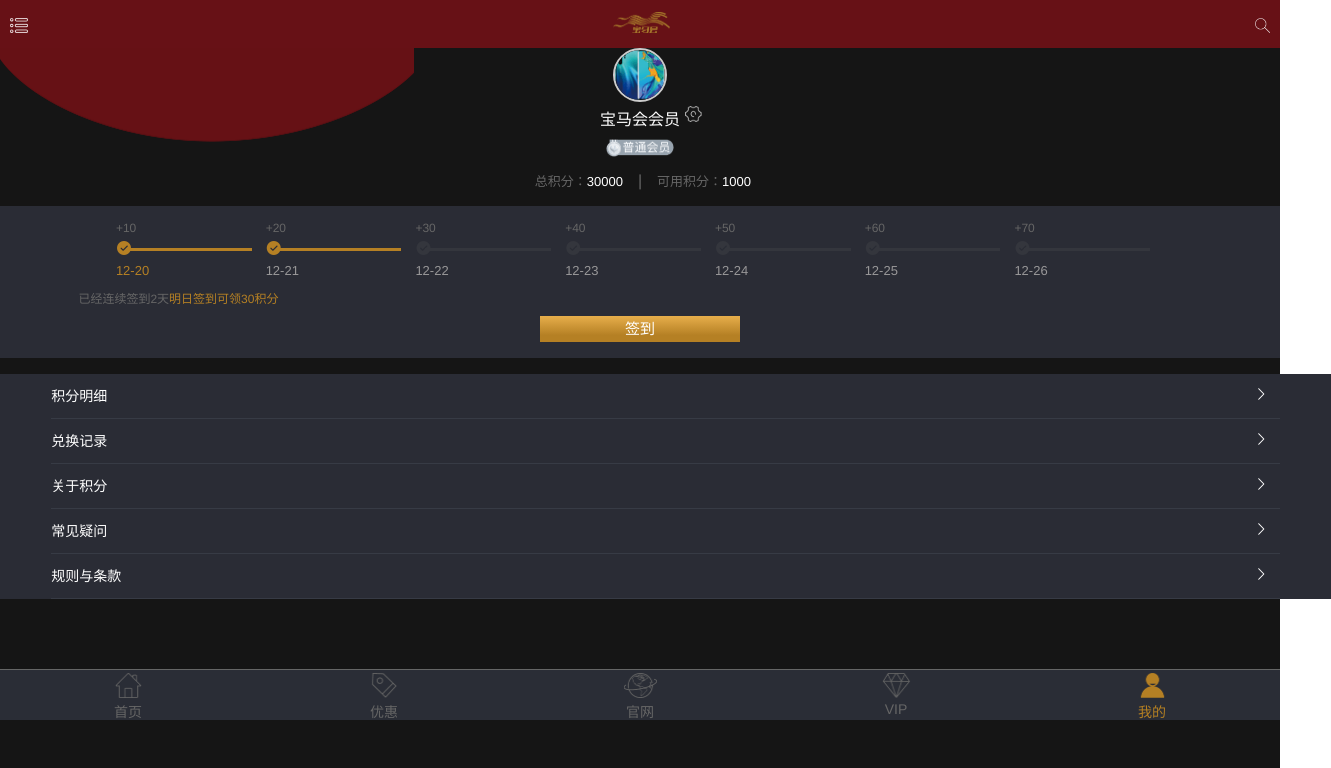
Repository: ada6688/IntegralMall
Page: /Member
The author's editor kept a copy of each file at every save. The page is drawn from the files as they stood at one save, then again after the next save.
The browser window is 1280 px wide. The page is 1331 px wide, so the pictures cover 1331 px, including what lies to the right of the window. The pictures show the whole page.
The project was rebuilt for these pictures with package versions that can differ from the ones it lists, and the page was loaded fresh each time. Also part of the build but not shown: src/components/page/notice.vue, src/components/page/shouye.vue, src/components/page/Vip.vue, src/components/page/Youhui.vue, src/router/index.js.

Above is the page before, as saved 2020-01-04 19:05:40.

### index.html
<!DOCTYPE html>
<html>
  <head>
    <meta charset="utf-8">
    <meta name="viewport" content="width=device-width,initial-scale=1.0">
    <title>integralmall</title>
  </head>
  <body>
    <div id="app"></div>
    <!-- built files will be auto injected -->
  </body>
</html>

### src/main.js
// The Vue build version to load with the `import` command
// (runtime-only or standalone) has been set in webpack.base.conf with an alias.
import Vue from 'vue'
import App from './App'
import router from './router'
import ElementUI from 'element-ui'
import 'element-ui/lib/theme-chalk/index.css'
import {Cell, CellGroup, Tabbar, TabbarItem, PullRefresh, Stepper, Tab, Tabs, Button, Row, Col, Swipe, SwipeItem, Lazyload, List, Field, NavBar} from 'vant'
import '../src/assets/css/common.css'
import '../src/assets/css/index.css'
import 'swiper/dist/css/swiper.css'
import VueAwesomeSwiper from 'vue-awesome-swiper'
// import BScroll from 'better-scroll'

// Vue.use(BScroll)
Vue.use(VueAwesomeSwiper)
Vue.use(ElementUI)
Vue.use(Cell).use(CellGroup).use(Tabbar).use(TabbarItem).use(Stepper).use(PullRefresh).use(Tab).use(Tabs).use(Field).use(NavBar).use(Button).use(Row).use(Col).use(Swipe).use(SwipeItem).use(Lazyload).use(List)

Vue.config.productionTip = false

/* eslint-disable no-new */
new Vue({
  el: '#app',
  router,
  components: {
    App
  },
  template: '<App/>'
})
router.beforeEach((to, from, next) => {
  let str = '<p>个人中心</p>'
  if (to.meta.title) {
    document.getElementById('top-logo-change').innerHTML = to.meta.title
    if (to.meta.title === str) {
      document.getElementById('top-nav-right').innerHTML = '<img src="/static/topnav/kf.png" alt="搜索">'
    } else {
      document.getElementById('top-nav-right').innerHTML = '<img src="/static/topnav/ss.png" alt="搜索">'
    }
    // document.title = to.meta.title
  }
  next()
})

### src/App.vue
<template>
  <div id="app">
    <TopNav></TopNav>
    <router-view/>
    <BottomNav></BottomNav>
  </div>
</template>

<script>
import BottomNav from '@/components/common/Bottomnav'
import TopNav from '@/components/common/Topnav'
export default {
  name: 'App',
  components: {
    BottomNav,
    TopNav
  }
}
</script>

<style>
#app {
  font-family: 'Avenir', Helvetica, Arial, sans-serif;
  -webkit-font-smoothing: antialiased;
  -moz-osx-font-smoothing: grayscale;
  text-align: center;
  color: #2c3e50;
  background: #151515;
  height: 100vh;
}
</style>

### src/assets/css/common.css
body,p,ul{
  margin: 0;
  padding: 0;
}
li{
  list-style: none;
}
/* 顶部栏 */
.top-nav{
  width: 100%;
  height: 3rem;
  line-height: 3.5rem;
  background-color: #671116;
  position: fixed;
  top: 0;
  z-index: 99;
}
.top-nav-logo{
  color: #B58024;
}
.top-nav > div{
  display: inline-block;
  height: 100%;
}
.top-nav-left{
  float: left;
  margin-left: 10px;
}
.top-nav-right{
  float: right;
  margin-right: 10px;
}
.banner-item > img{
  width: 100%;
}
.swiper-container{
  height: 7.28rem;
}
.top-nav-t{
  color: #B58024;
}
/* 每个一级页面共有class */
.main-wrap{
  margin-top: 3rem;
  margin-bottom: 3.125rem;
  background: #151515;
}
/* 公告 */
.Notice-sign{
  width: 2rem;
  height: 100%;
  background: url('../images/topnav/lb.png') center no-repeat;
  float: left;
  box-shadow: 1px 0px 5px rgba(0,0,0,0.8);
}
.Notice-textBox {
  width: 100%;
  height: 1.3rem;
  line-height: 1.3rem;
  font-size: .5rem;
  color: #999999;
  background: #2A2D36;
  overflow: hidden;
  position: relative;
  text-align: left;
  z-index: 9;
}
.Notice-text {
  width: 100%;
  padding-left: 42px;
  position: absolute;
  bottom: 0;
}
.slide-enter-active, .slide-leave-active {
  transition: all 0.5s linear;
}
.slide-enter{
  transform: translateY(20px) scale(1);
  opacity: 1;
}
.slide-leave-to {
  transform: translateY(-20px) scale(0.8);
  opacity: 0;
}
/* 底部导航 */
.bottom-tab{
  width:100%;
  height:3.125rem;
  background-color:#2A2D36;
  border-top: 1px solid #656666;
  position: fixed;
  left:0px;
  bottom:0px;
}
.tab-item{
  width: 20%;
  float: left;
  align-items:center;
  justify-content:center;
  font-size:14px;
  color:#666;
  z-index: 999;
}
.NavSigh{
    width:33px;
    margin-top:3px;
}
.on{
  color:#b58023;
}

### src/assets/css/index.css
/****************** 首页商品 *****************/
.products-item{
  width: 46.9%;
  height: 100px;
  padding-right: 2.9%;
  border-right: 1px solid #161616;
  border-bottom: 1px solid #161616;
  background: #292C35;
  float: left;
}
.products-item-even{
  width: 46.9%;
  height: 100px;
  border-bottom: 1px solid #161616;
  background: #292C35;
  padding-left: 2.9%;
  float: left;
}
.product-item-text{
  width: 50%;
  height: 70px;
  color: #ffffff;
  margin-top: 15px;
  float: left;
  text-align: left;
}
.product-item-text p{
  height: 43px;
  font-size: 15px;
  margin-bottom: 5px;
  display: -webkit-box;/*作为弹性伸缩盒子模型显示*/
  -webkit-line-clamp: 2; /*显示的行数；如果要设置2行加...则设置为2*/
  overflow: hidden; /*超出的文本隐藏*/
  text-overflow: ellipsis; /* 溢出用省略号*/
  -webkit-box-orient: vertical;
}
.product-item-text span{
  color: #B58024;
  font-size: 13px;
}
.product-item-img{
  width: 12%;
  height: 100px;
  display: table-cell;
  vertical-align: middle;
  /* float: left; */
}
.product-item-img img{
  max-width: 100%;
}
/******************* 优惠 *******************/
.yh-wrap div{
  padding: 1rem 1rem 0 1rem;
}
.yh-wrap img{
  width: 100%;
}
/******************* VIP *******************/
.level-welfare-wrap, .level-require-wrap{
  padding-bottom: 20px;
}
.VipTop-level-sign{
  display: inline-block;
}
.VipTop-level-text{
  position: absolute;
  bottom: -5px;
}
.vip-level-wrap ul li{
  float: left;
  width: 33.33%;
  height: 79px;
}
.vip-level-wrap ul div{
  width: 34px;
  height: 34px;
  border: 1px solid #CCCCCC;
  border-radius: 17px;
  margin-bottom: 9px;
  display: inline-block;
  vertical-align: middle;
}
.vip-level-wrap ul img{
  margin-top: 7px;
}
.vip-level-wrap ul li>p{
  color: #CCCCCC;
  font-size: 13px;
}
.Vip-level-T{
  color: #ffffff;
  font-size: 16px;
  font-weight: bold;
  text-align: left;
  padding: 15px 0 10px 17px;
  background: #2A2C35;
}
.Vip-level-tips{
  color: #F5BF1B;
  font-size: 13px;
  text-align: left;
  padding: 15px 20px 10px 17px;
  background: #2A2C35;
}
.level-rules-wrap{
  color: #CCCCCC;
  font-size: 12px;
  background: #2A2C35;
  text-align: left;
  padding: 15px 17px 16px 17px;
  margin-bottom: 50px;
}
.level-rules-wrap span{
  font-size: 16px;
  color: #ffffff;
  display: inline-block;
  margin-bottom: 9px;
}
.level-rules-wrap p{
  line-height: 24px;
  /* margin-top: 5px; */
}
.level-rules-wrap p:last-child{
  margin-bottom: 10px;
}
/******************* 个人中心 *******************/
.member-person-info{
  background: url('../images//member/member-bg.png') no-repeat;
}
.member-half-circle{
  width: 111%;
  height: 31%;
  border-radius: 50%;
  position: fixed;
  top: -13%;
  background: #661115;
  left: -5.8%;
  z-index: -1;
}
.member-wrap{
  width: 100%;
}
.member-img > img{
  width: 7vh;
  height: 7vh;
  border-radius: 100%;
  border: 2px solid #CCCCCC;
}
.member-name{
  color: #ffffff;
  font-size: 16px;
  position: relative;
}
.member-name img{
  position: absolute;
  margin-left: 5px;
  bottom: 8px;
}
.member-level-sign{
  margin: 8px 0 10px 0;
}
.member-integral{
  text-align: center;
}
.member-integral-slice{
  display: inline-block;
  color: #666666;
  margin: 0 15px;
}
.member-integral span{
  font-size: 13px;
  color: #ffffff;
}
.member-integral p{
  font-size: 13px;
  color: #666666;
  display: inline-block;
}
.member-total{
  width: 42%;
  display: inline-block;
  text-align: right;
}
.member-useful{
  width: 42%;
  display: inline-block;
  text-align: left;
}
.member-signIn{
  background: #2A2C35;
  padding: 15px 1rem 1rem 1rem;
  margin: 16px 0;
}
.member-signIn-status-1{
  width: 12%;
  text-align: left;
  display: inline-block;
}
.member-signIn-in{
  color: #666666;
  font-size: 12px;
  margin-bottom: 5px;
}
.member-signIn-date{
  color: #999899;
  font-size: 13px;
  margin-top: 5px;
}
.member-signIn-date-active{
  color: #B58024;
  font-size: 13px;
  margin-top: 5px;
}
.el-icon-success{
  color: #34363D;
}
.member-signIn-line{
  width: 84%;
  height: 3px;
  display: inline-block;
  background: #34363D;
  margin: 0 -34px 3px -6px;
}
.member-signIn-icon-active{
  color: #B58024 !important;
}
.member-signIn-active{
  background: #B58024 !important;
}
.member-signIn-tips{
  font-size: 12px;
  text-align-last: justify;
  padding: 0 5%;
  margin-top: 10px;
}
.member-signIn-tips p{
  display: inline-block;
}
.member-signIn-tips p:first-child{
  color: #666666;
}
.member-signIn-tips p:last-child{
  color: #B58024;
}
.member-signIn-button{
  width:200px;
  height:26px;
  line-height: 26px;
  color: #ffffff;
  font-size: 15px;
  margin: 0 auto;
  background:linear-gradient(0deg,rgba(181,128,36,1) 26%,rgba(231,174,75,1) 100%);
  margin-top: 10px;
}
.member-more-detail{
  width: 96%;
  line-height: 44px;
  color: #ffffff;
  background: #2A2C35;
  padding: 0 4%;
}
.member-jifen,.member-duihuan,.member-guanyu,.member-yiwen,.member-guize{
  height: 44px;
  border-bottom: 1px solid #373B45;
}
.member-jifen-T{
  font-size: 14px;
  float: left;
  margin-right: 66%;
}
.el-icon-arrow-right{
  width: 7px;
  height: 7px;
  position: absolute;
  right: 20px;
  margin-top: 12px;
}

### src/components/common/Bottomnav.vue
<template>
  <div class="bottom-tab">
    <div class="tab-item" @click="switchTo('/shouye')">
      <img class="NavSigh" :src="'/shouye' === $route.path ? tabBarImgArr[0].selected : tabBarImgArr[0].normal" alt="首页">
      <p :class="{on: '/shouye' === $route.path}">首页</p>
    </div>
    <div class="tab-item" @click="switchTo('/Youhui')">
      <img class="NavSigh" :src="'/Youhui' === $route.path ? tabBarImgArr[1].selected : tabBarImgArr[1].normal" alt="推荐">
      <p :class="{on: '/Youhui' === $route.path}">优惠</p>
    </div>
    <div class="tab-item">
      <img class="NavSigh" :src="'/' === $route.path ? tabBarImgArr[2].selected : tabBarImgArr[2].normal" alt="搜索">
      <p :class="{on: '/' === $route.path}">官网</p>
    </div>
    <div class="tab-item" @click="switchTo('/Vip')">
      <img class="NavSigh" :src="'/Vip' === $route.path ? tabBarImgArr[3].selected : tabBarImgArr[3].normal" alt="聊天">
      <p :class="{on: '/Vip' === $route.path}">VIP</p>
    </div>
    <div class="tab-item" @click="switchTo('/Member')">
      <img class="NavSigh" :src="'/Member' === $route.path ? tabBarImgArr[4].selected : tabBarImgArr[4].normal" alt="我的">
      <p :class="{on: '/Member' === $route.path}">我的</p>
    </div>
  </div>
</template>
<script>
export default {
  data () {
    return {
      tabBarImgArr: [
        {normal: require('../../assets/images/navLogo/sy_x.png'), selected: require('../../assets/images/navLogo/sy.png')},
        {normal: require('../../assets/images/navLogo/yh_x.png'), selected: require('../../assets/images/navLogo/yh.png')},
        {normal: require('../../assets/images/navLogo/gw_x.png'), selected: require('../../assets/images/navLogo/gw.png')},
        {normal: require('../../assets/images/navLogo/zs_x.png'), selected: require('../../assets/images/navLogo/zs.png')},
        {normal: require('../../assets/images/navLogo/wd_x.png'), selected: require('../../assets/images/navLogo/wd.png')}
      ]
    }
  },
  methods: {
    switchTo (path) {
      this.$router.replace(path)
    }
  }
}
</script>
<style>

</style>

### src/components/common/Topnav.vue
<template>
  <div class="top-nav">
    <div class="top-nav-left">
      <img src="../../assets/images/topnav/cd.png" alt="菜单">
    </div>
    <div id="top-logo-change" class="top-nav-logo">
      <img src="../../assets/images/topnav/logo.png" alt="logo">
    </div>
    <div id="top-nav-right" class="top-nav-right">
      <img src="../../assets/images/topnav/ss.png" alt="搜索">
    </div>
  </div>
</template>
<script>
export default {
  data () {
    return {
      tabBarImgArr: [
        {normal: require('../../assets/images/topnav/logo.png')},
        {normal: require('../../assets/images/topnav/ss.png')},
        {normal: require('../../assets/images/topnav/cd.png')}
      ]
    }
  }
}
</script>
<style>

</style>

### src/components/page/Member.vue
<template>
  <div class="main-wrap">
    <div class="member-wrap">
    <!-- <div class="member-half-circle"></div> -->
      <!-- 会员信息 -->
      <div class="member-person-info">
        <!-- 会员头像 -->
        <div class="member-img">
          <img src="../../assets/images/products/hw.png" alt="">
        </div>
        <!-- 会员名称与设置图标 -->
        <p class="member-name">
          <span>宝马会会员</span>
          <img src="../../assets/images/member/sz.png" alt="">
        </p>
        <!-- 会员等级图标 -->
        <div class="member-level-sign">
          <img src="../../assets/images/member/pt.png" alt="">
        </div>
        <div class="member-integral">
          <div class="member-total">
            <p>总积分：</p>
            <span>30000</span>
          </div>
          <div class="member-integral-slice">|</div>
          <div class="member-useful">
            <p>可用积分：</p>
            <span>1000</span>
          </div>
        </div>
      </div>
      <!-- 签到 -->
      <div class="member-signIn">
        <div class="member-signIn-status">
          <!-- 签到进度条 -->
          <div class="member-signIn-status-1">
            <p class="member-signIn-in">+10</p>
            <i class="el-icon-success member-signIn-icon-active"></i>
            <span class="member-signIn-line member-signIn-active"></span>
            <p class="member-signIn-date-active">12-20</p>
          </div>
          <div class="member-signIn-status-1">
            <p class="member-signIn-in">+20</p>
            <i class="el-icon-success member-signIn-icon-active"></i>
            <span class="member-signIn-line member-signIn-active"></span>
            <p class="member-signIn-date">12-21</p>
          </div>
          <div class="member-signIn-status-1">
            <p class="member-signIn-in">+30</p>
            <i class="el-icon-success"></i>
            <span class="member-signIn-line"></span>
            <p class="member-signIn-date">12-22</p>
          </div>
          <div class="member-signIn-status-1">
            <p class="member-signIn-in">+40</p>
            <i class="el-icon-success"></i>
            <span class="member-signIn-line"></span>
            <p class="member-signIn-date">12-23</p>
          </div>
          <div class="member-signIn-status-1">
            <p class="member-signIn-in">+50</p>
            <i class="el-icon-success"></i>
            <span class="member-signIn-line"></span>
            <p class="member-signIn-date">12-24</p>
          </div>
          <div class="member-signIn-status-1">
            <p class="member-signIn-in">+60</p>
            <i class="el-icon-success"></i>
            <span class="member-signIn-line"></span>
            <p class="member-signIn-date">12-25</p>
          </div>
          <div class="member-signIn-status-1">
            <p class="member-signIn-in">+70</p>
            <i class="el-icon-success"></i>
            <span class="member-signIn-line"></span>
            <p class="member-signIn-date">12-26</p>
          </div>
          <div class="member-signIn-tips">
            <p>已经连续签到2天</p>
            <p>明日签到可领30积分</p>
          </div>
          <!-- 签到按钮 -->
          <div class="member-signIn-button">签到</div>
        </div>
      </div>
      <!-- 积分明细，兑换记录，积分详情疑问规则等 -->
      <div class="member-more-detail">
        <div class="member-jifen">
          <div  class="member-jifen-T">积分明细</div>
          <i class="el-icon-arrow-right"></i>
        </div>
        <div class="member-duihuan">
          <div  class="member-jifen-T">兑换记录</div>
          <i class="el-icon-arrow-right"></i>
        </div>
        <div class="member-guanyu">
          <div  class="member-jifen-T">关于积分</div>
          <i class="el-icon-arrow-right"></i>
        </div>
        <div class="member-yiwen">
          <div  class="member-jifen-T">常见疑问</div>
          <i class="el-icon-arrow-right"></i>
        </div>
        <div class="member-guize">
          <div  class="member-jifen-T">规则与条款</div>
          <i class="el-icon-arrow-right"></i>
        </div>
      </div>
    </div>
  </div>
</template>
<script>
export default {
  name: 'App',
  components: {
  },
  data () {
    return {
      active: 0
    }
  }
}
</script>
<style>

</style>

After the next save:
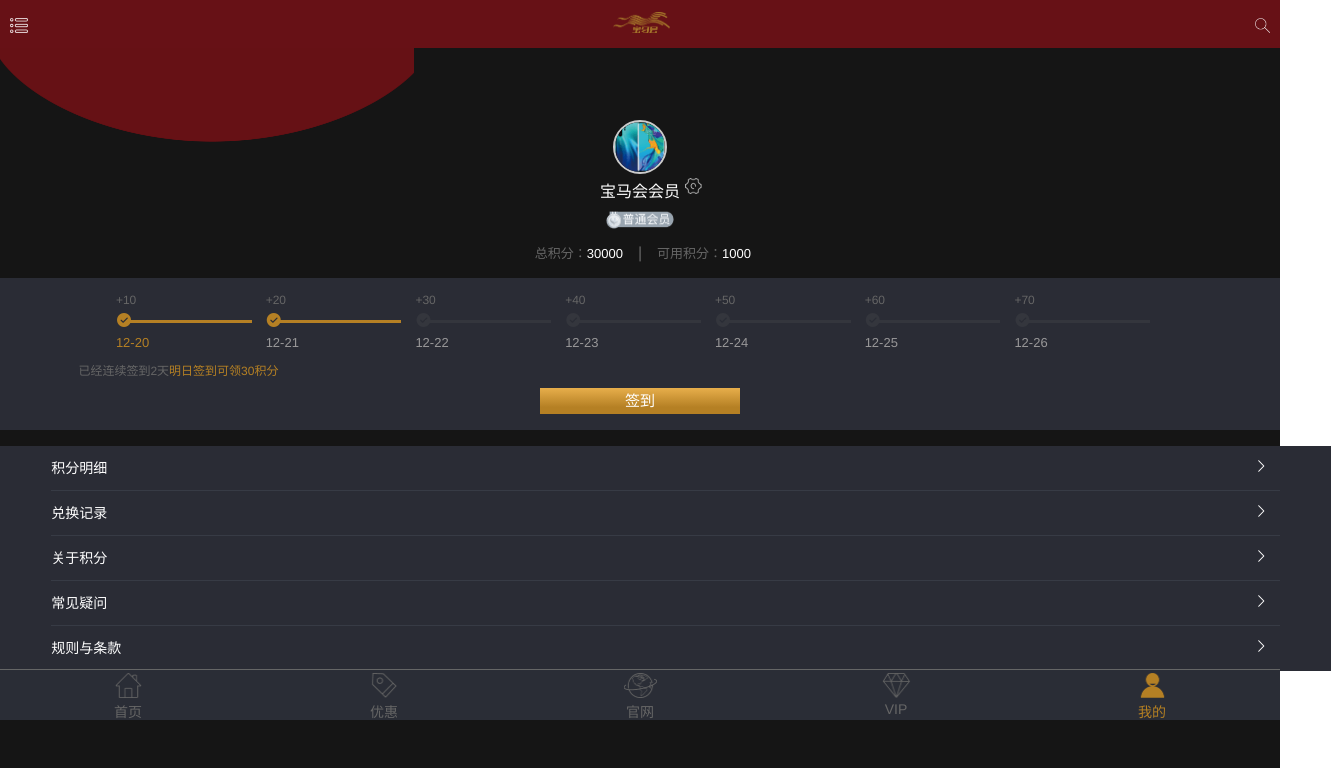
Saved 46 s later.
--- a/src/assets/css/index.css
+++ b/src/assets/css/index.css
@@ -125,6 +125,7 @@
 }
 /******************* 个人中心 *******************/
 .member-person-info{
+  padding-top: 10vh;
   background: url('../images//member/member-bg.png') no-repeat;
 }
 .member-half-circle{
